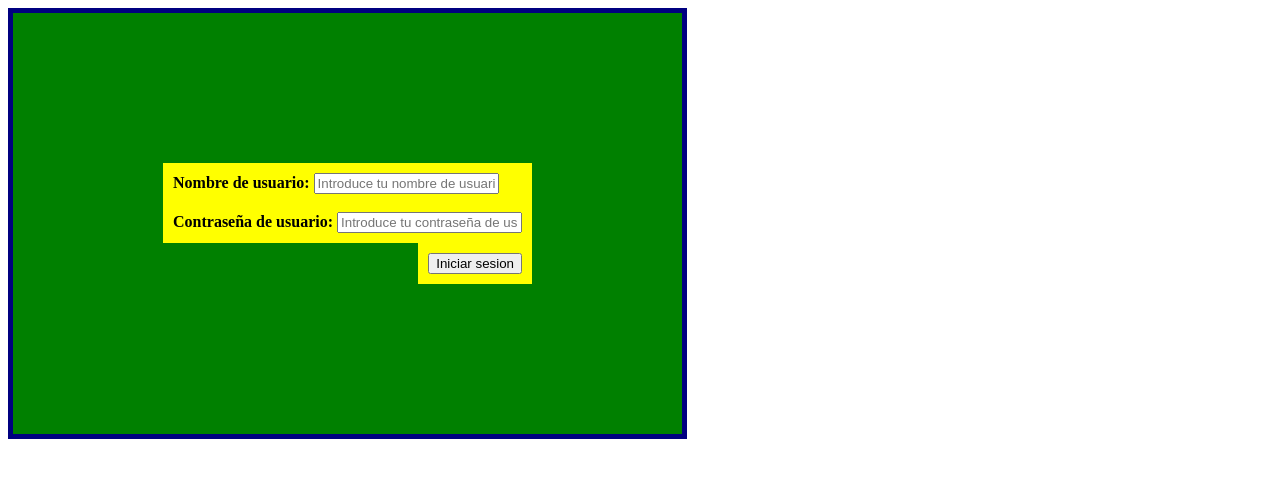
Repository: angegon/Developing-Applications-for-the-Java-EE-Platform
Page: javaee/08_ejemplo_fordward_login/WebContent/login.html
An editor plug-in stored every save of this project. The page is shown before and after the next save, followed by the edit.
The browser window is 1280 px wide. The pictures show the whole page.

Above is the page before, as saved 2016-12-21 16:02:42.

After the next save:
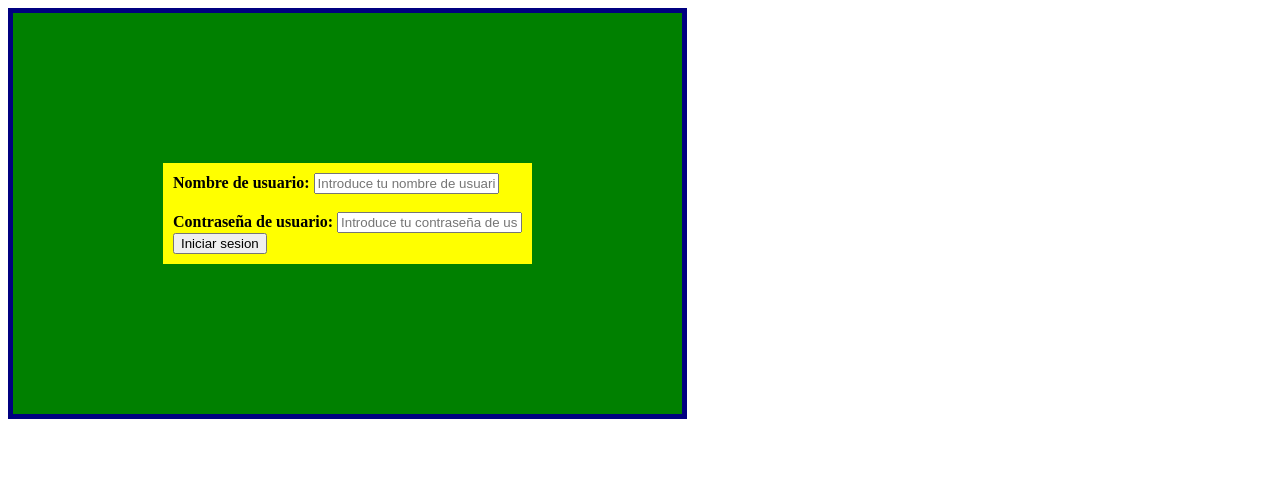
Saved 25 s later.
--- a/javaee/08_ejemplo_fordward_login/WebContent/login.html
+++ b/javaee/08_ejemplo_fordward_login/WebContent/login.html
@@ -14,9 +14,7 @@
 	</br></br>
 	<b>Contraseña de usuario: </b><input type="password" name="password" placeholder="Introduce tu contraseña de usuario"/>
 	</br>
-	</div>
 
-	<div style="float:right; padding: 10px; background-color: yellow;">
 	<input type="submit" value="Iniciar sesion"/>
 	</div>
 </div>
